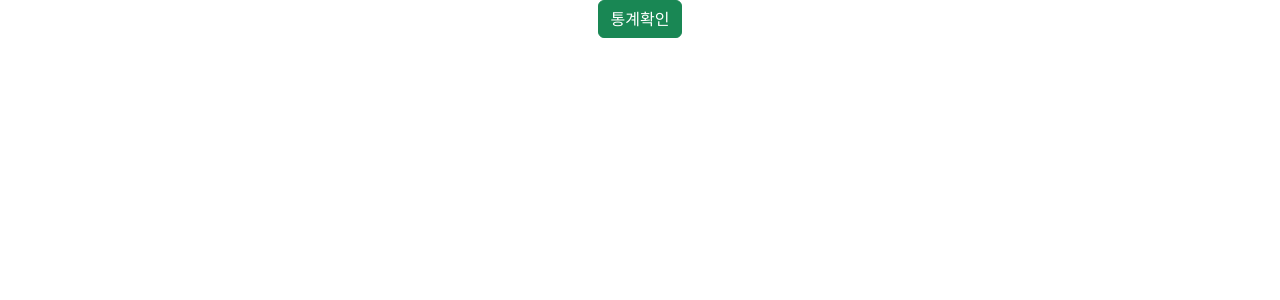
Repository: Hugh-KR/AccountBook
Page: http://localhost/Account_Book/hello.jsp
These files come from the project's save history. The page is drawn as it stood at one moment and after the next save; the edit follows.
The browser window is 1280 px wide. The pictures show the whole page.
The page is served by Tomcat 9. Nobody is signed in. The application's start-up code is not run. Other server files are loaded and not shown.

Above is the page before, as saved 2022-12-05 10:12:37.

### Account_Book/src/main/webapp/hello.jsp
<%@ page language="java" contentType="text/html; charset=UTF-8"
    pageEncoding="UTF-8"%>
<!DOCTYPE html>
<html>
<head>
<meta charset="UTF-8">
<title>캘린더조회</title>
<link href="https://cdn.jsdelivr.net/npm/bootstrap@5.2.3/dist/css/bootstrap.min.css" rel="stylesheet">
  <script src="https://cdn.jsdelivr.net/npm/bootstrap@5.2.3/dist/js/bootstrap.bundle.min.js"></script>

</head>
<body>
<div style="text-align: center; margin:0 auto;">
<form action="statistics">
<button class="btn btn-success">통계확인</button>
</form>
</div>

<!-- <form action="daylist">
날짜 <input name="paydate">
<button >날짜별 확인</button>
</form> -->
</body>
</html>

After the next save:
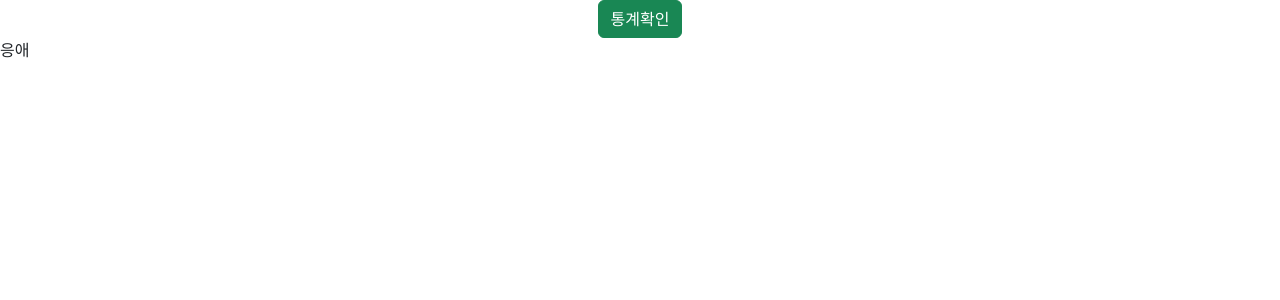
Saved 42 min 13 s later.
--- a/Account_Book/src/main/webapp/hello.jsp
+++ b/Account_Book/src/main/webapp/hello.jsp
@@ -20,5 +20,6 @@
 날짜 <input name="paydate">
 <button >날짜별 확인</button>
 </form> -->
+<a id="daylist">응애</a>
 </body>
 </html>
